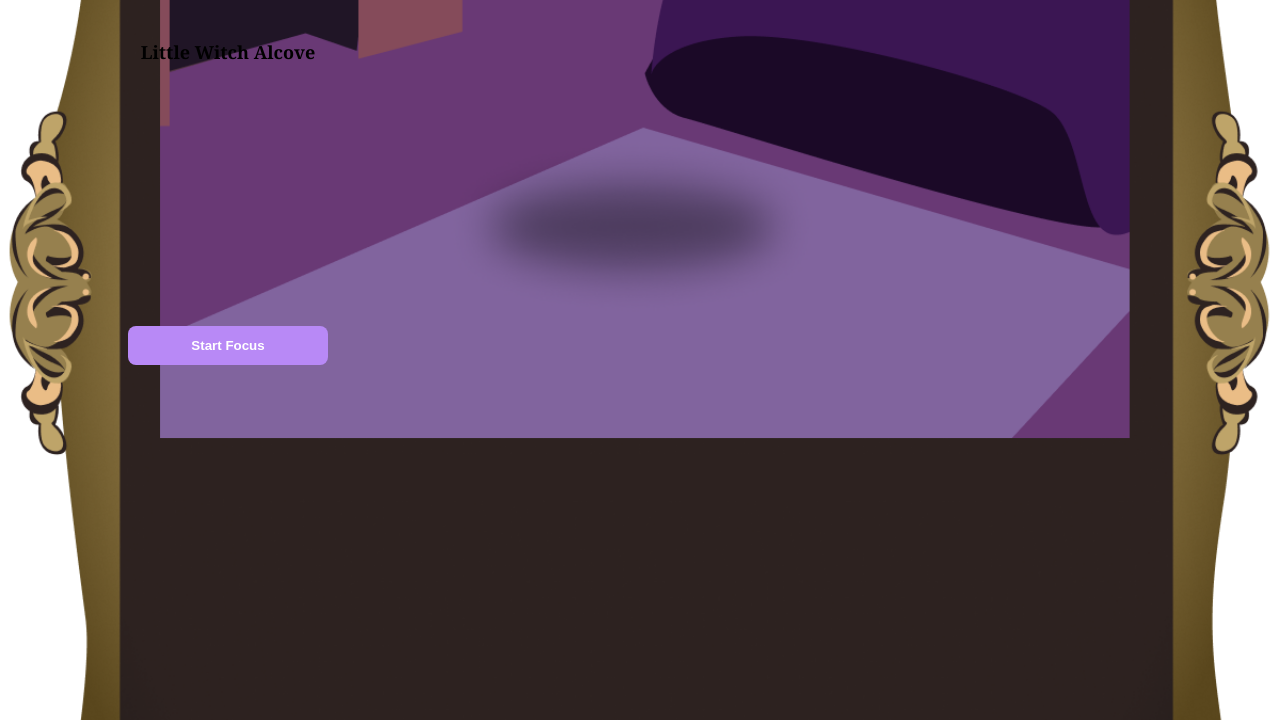
Repository: zhangolivia7/Little-Witch-Alcove
Page: popup.html
An editor plug-in stored every save of this project. The page is shown before and after the next save, followed by the edit.
The browser window is 1280 px wide. The pictures show the whole page.

Above is the page before, as saved 2025-11-15 15:42:13.

### popup.html
<!DOCTYPE html>
<html>
  <head>
    <title>Little Witch Alcove</title>
    <link rel="stylesheet" href="popup.css">
  </head>
  <body>
    <h1>Little Witch Alcove</h1>
    <button id="focus-btn">Start Focus</button>

    <script src="popup.js"></script>
  </body>
</html>

### popup.css
body {
    width: 400px;
    height: 500px;
    background: url("Assets/No UI.png") no-repeat center center;
    background-size: cover;
    padding: 20px;
    font-family: "Georgia", serif;
  }

  h1 {
    font-size: 18px;
    text-align: center;
  }

  #focus-btn {
    width: 50%;
    margin-left: 25%;
    margin-top: 250px;
    padding: 12px;
    border-radius: 8px;
    background: #b889f6;
    color: white;
    font-weight: bold;
    border: none;
    cursor: pointer;
  }

### popup.js
document.getElementById("focus-btn").addEventListener("click", () => {
    alert("Hex of Concentration activated! 🔮");
  });

After the next save:
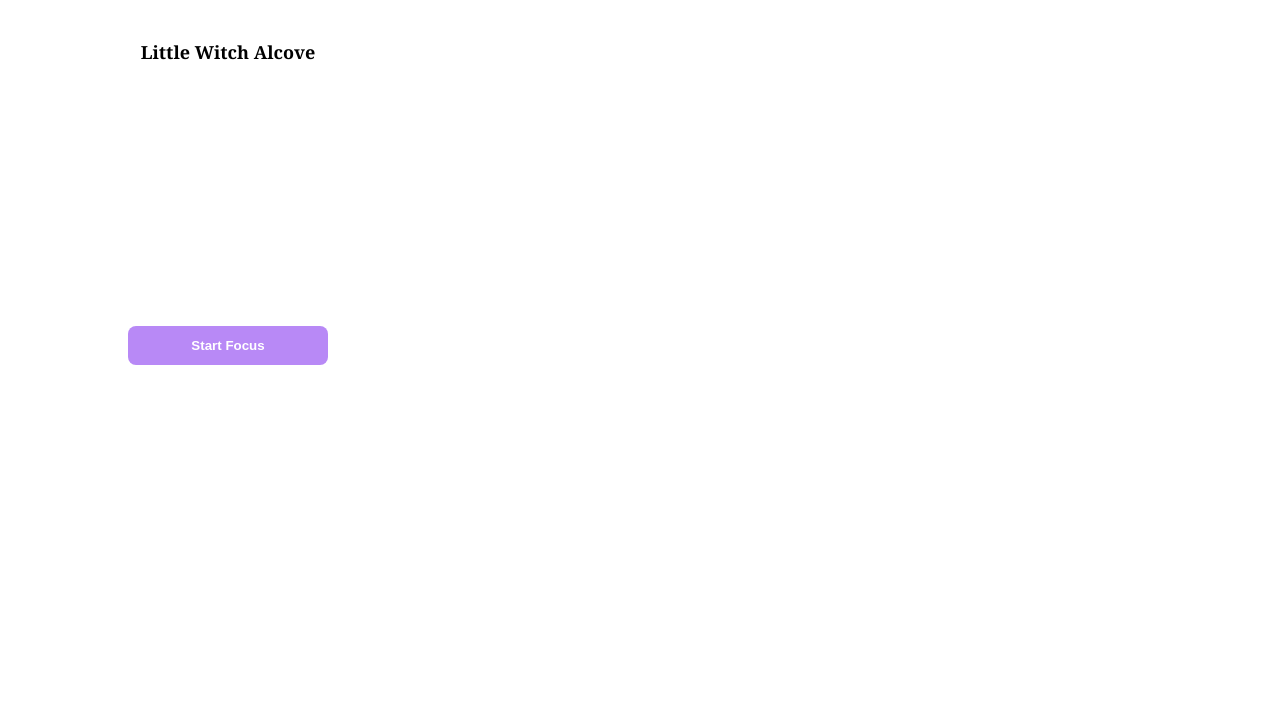
Not found: Assets/No UI (2).png
Saved 4 min 13 s later.
--- a/popup.css
+++ b/popup.css
@@ -1,7 +1,7 @@
 body {
     width: 400px;
     height: 500px;
-    background: url("Assets/No UI.png") no-repeat center center;
+    background: url("Assets/No UI (2).png") no-repeat center center;
     background-size: cover;
     padding: 20px;
     font-family: "Georgia", serif;

After the 2 saves that followed:
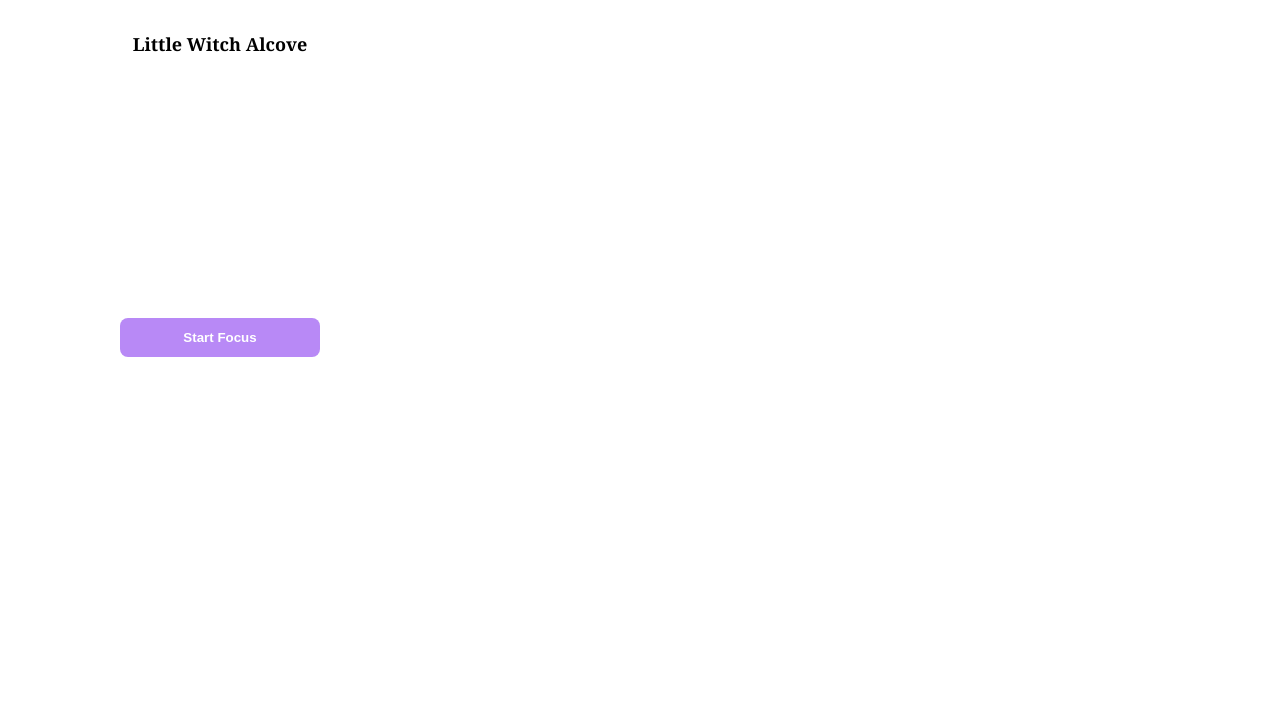
The 2 saves are shown as one change because 1 left the picture as it was.
The last was saved 92 s later.
--- a/popup.css
+++ b/popup.css
@@ -1,8 +1,16 @@
+html {
+    background: transparent;
+    background-color: transparent;
+    margin: 0;
+    padding: 0;
+  }
+
 body {
     width: 400px;
     height: 500px;
-    background: url("Assets/No UI (2).png") no-repeat center center;
-    background-size: cover;
+    background: transparent;
+    background-color: transparent;
+    margin: 0;
     padding: 20px;
     font-family: "Georgia", serif;
   }
